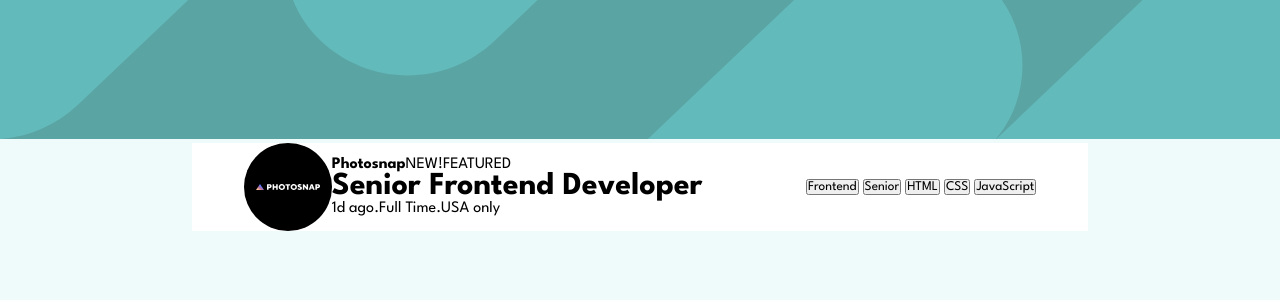
Repository: Eldream12/JobListing
Page: index.html
These files come from the project's save history. The page is drawn as it stood at one moment and after the next save; the edit follows.
The browser window is 1280 px wide. The pictures show the whole page.

Above is the page before, as saved 2025-03-31 11:12:20.

### index.html
<!DOCTYPE html>
<html lang="en">
	<head>
		<meta charset="UTF-8" />
		<meta name="viewport" content="width=device-width, initial-scale=1.0" />
		<title>Job Listing</title>
		<link rel="stylesheet" href="style/style.css" />
	</head>

	<body>
		<header>
			<div>
				<img src="Images/bg-header-desktop.svg" alt="NavHeader" />
			</div>
		</header>

		<main>
			<div class="content-carrier">
				<div class="content">
					<div class="ctn">
						<img src="Images/photosnap.svg" alt="photosnap" />
						<div class="content-text">
							<div class="txt-1">
								<h4>Photosnap</h4>
								<p>NEW!</p>
								<p>FEATURED</p>
							</div>
							<div class="txt-2">
								<h1>Senior Frontend Developer</h1>
							</div>
							<div class="txt-3">
								<p>1d ago</p>
								<p>.</p>
								<p>Full Time</p>
								<p>.</p>
								<p>USA only</p>
							</div>
						</div>
					</div>

					<div class="btn">
						<button>Frontend</button>
						<button>Senior</button>
						<button>HTML</button>
						<button>CSS</button>
						<button>JavaScript</button>
					</div>
				</div>
			</div>
		</main>
		<footer></footer>
	</body>
</html>

### style/style.css
@import url("https://fonts.googleapis.com/css2?family=League+Spartan:wght@100..900&display=swap");

* {
	font-family: League Spartan;
	margin: 0;
	padding: 0;
	box-sizing: border-box;
}

html body {
	background-color: hsl(180, 52%, 96%);
}

header img {
	width: 100%;
	background-color: hsl(180, 29%, 50%);
}

.content-carrier .content {
	display: flex;
	background-color: #ffffff;
	align-items: center;
	justify-content: space-around;
}

.content-carrier .content .txt-1 {
	display: flex;
}

.content-carrier .content .txt-3 {
	display: flex;
}

.content-carrier .content .ctn {
	display: flex;
	align-items: center;
}

.content-carrier {
	justify-content: space-around;
	margin: auto;
	max-width: 70%;
}

After the next save:
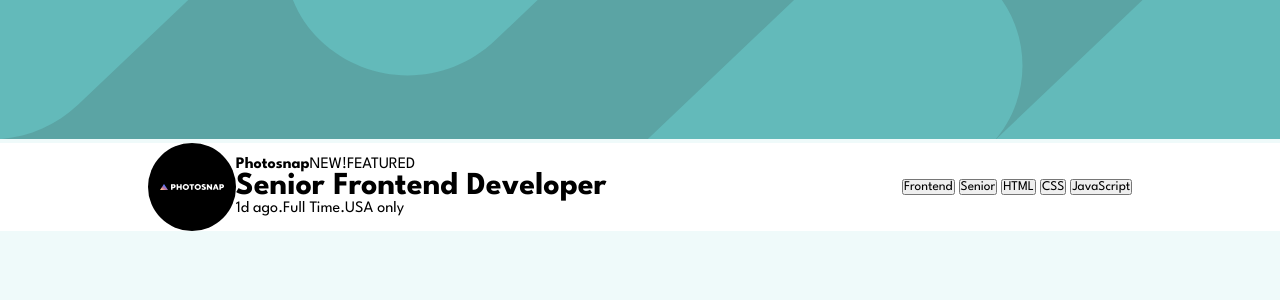
Saved 11 s later.
--- a/style/style.css
+++ b/style/style.css
@@ -36,8 +36,8 @@ header img {
 	align-items: center;
 }
 
-.content-carrier {
+/* .content-carrier {
 	justify-content: space-around;
 	margin: auto;
 	max-width: 70%;
-}
+} */
